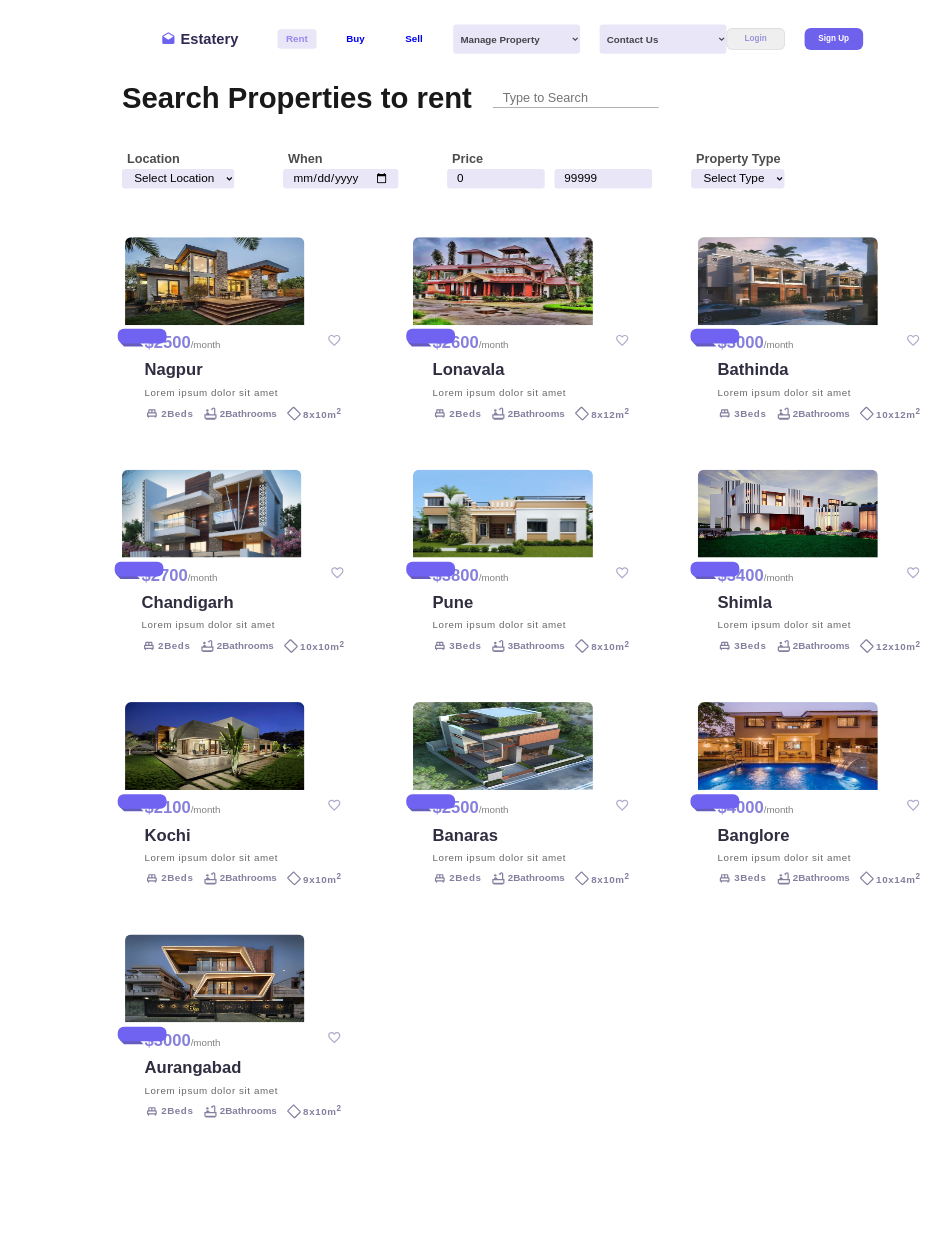
Repository: kapil4457/Reunion-Internship-Assignment
Page: /
An editor plug-in stored every save of this project. The page is shown before and after a run of saves, followed by the edit.
The browser window is 1280 px wide. The page is 1541 px wide, so the pictures cover 1541 px, including what lies to the right of the window. The pictures show the whole page, at 61% of full size.
The project was rebuilt for these pictures with package versions that can differ from the ones it lists, and the page was loaded fresh each time. Also part of the build but not shown: src/App.css.

Above is the page before, as saved 2022-10-07 20:15:22.

After the next 2 saves:
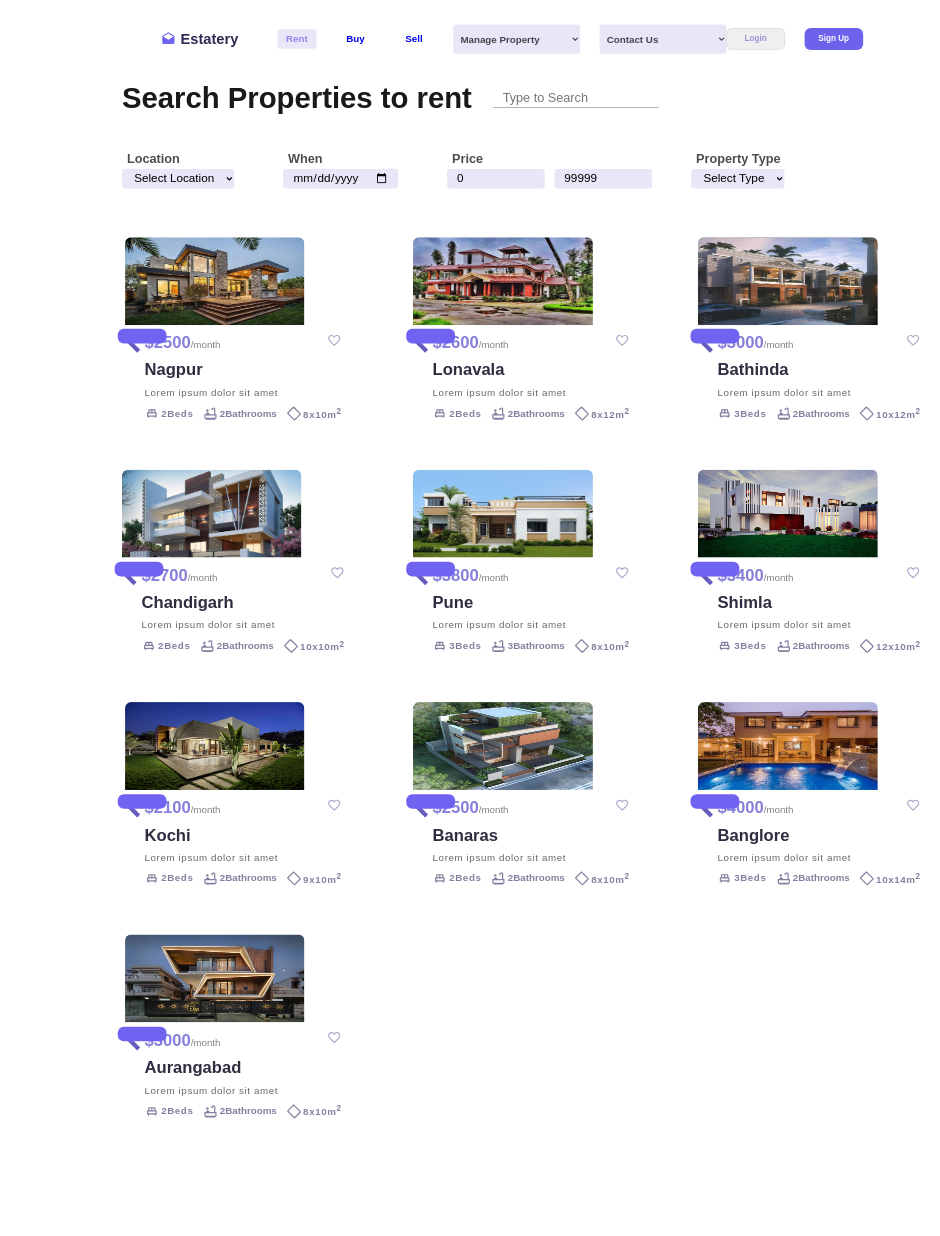
The 2 saves are shown as one change because they came seconds apart.
The last was saved 20 s later.
--- a/src/components/RentCard/RentCard.css
+++ b/src/components/RentCard/RentCard.css
@@ -103,6 +103,7 @@ height:100%;
     left:8%;
     background-color:rgb(102,92,189);
     width:40%;
-    transform: skewX(45deg);
+    /* transform: skewX(45deg); */
+    transform:rotate(45deg)
     /* border:1px solid black; */
 }
